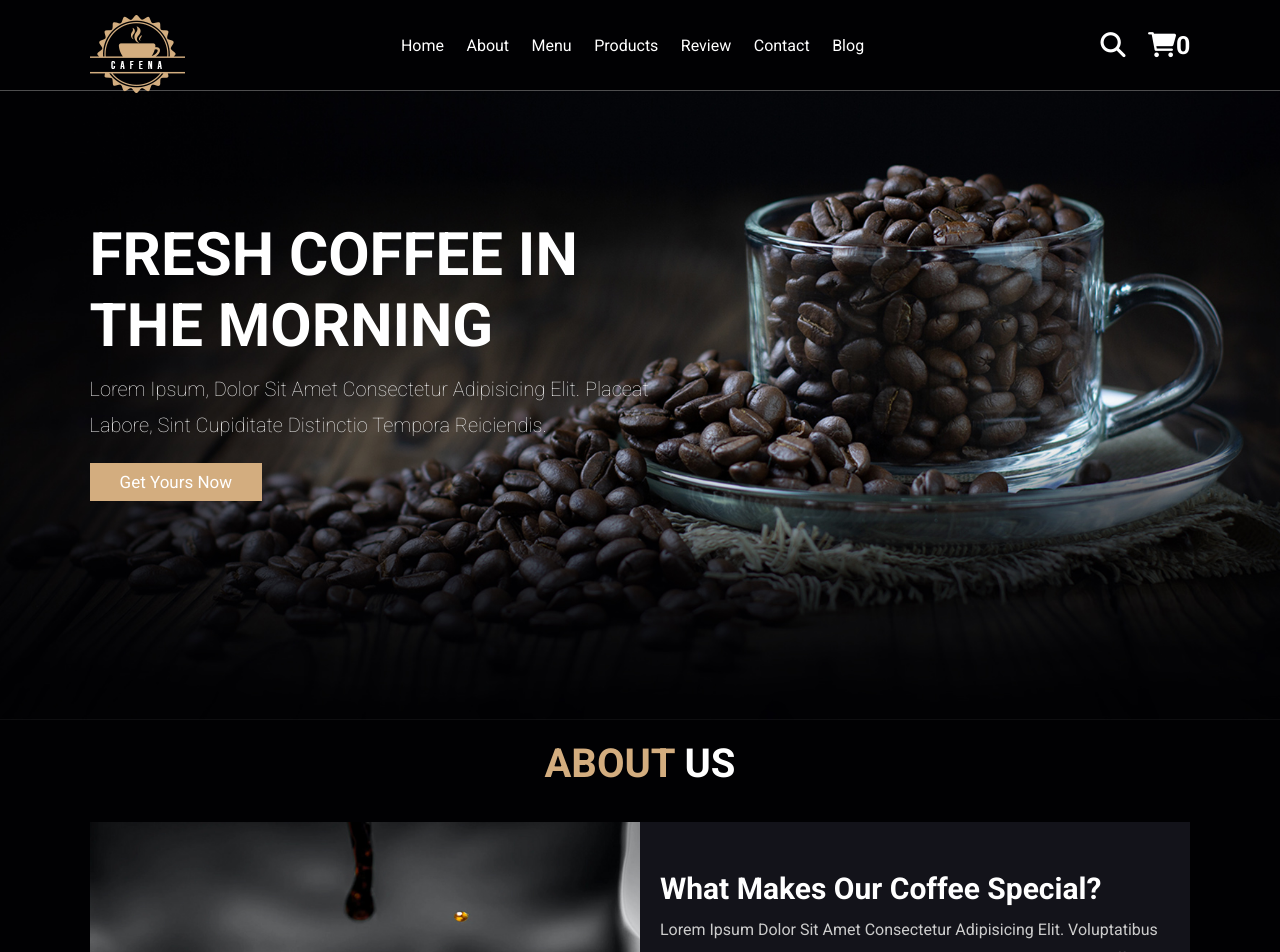
Repository: phamtrunghptn-dev/coffee-shop
Page: index.html
An editor plug-in stored every save of this project. The page is shown before and after a run of saves, followed by the edit.
The browser window is 1280 px wide. The pictures show the part of the page from y = 0 to 952 px (the page is 4708 px tall).
A picture or video elsewhere on the page could not be fetched, so the positions and the page height are approximate. Some web libraries are served in a nearby version.

Above is the page before, as saved 2022-06-29 15:49:59.

After the next 2 saves:
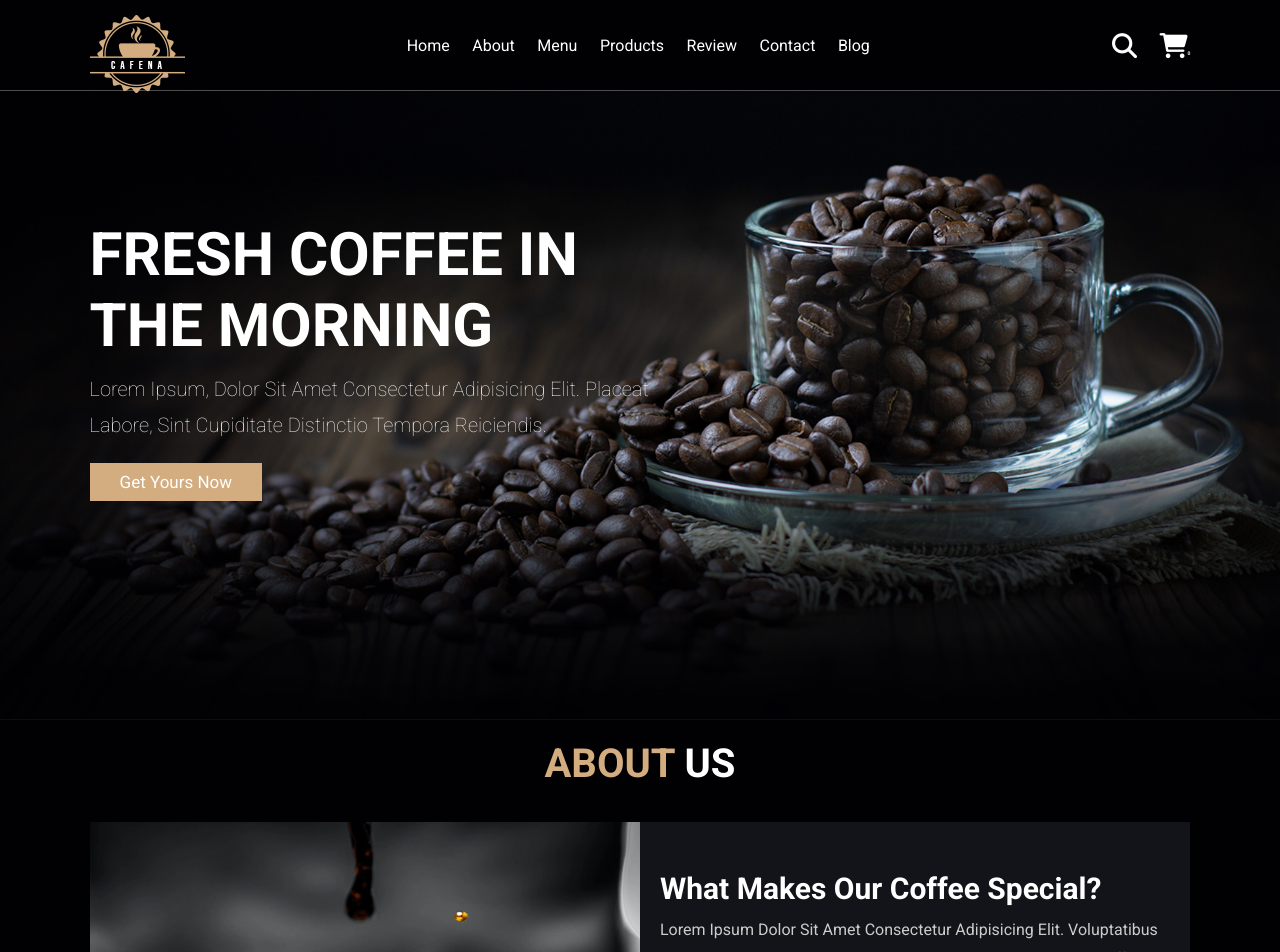
The 2 saves are shown as one change because they came seconds apart.
The last was saved 6 s later.
--- a/css/style.css
+++ b/css/style.css
@@ -112,7 +112,7 @@ section{
 }
 
 .header .icons span{
-    font-size: ;
+    font-size: 5px;
 }
 
 #menu-btn{
